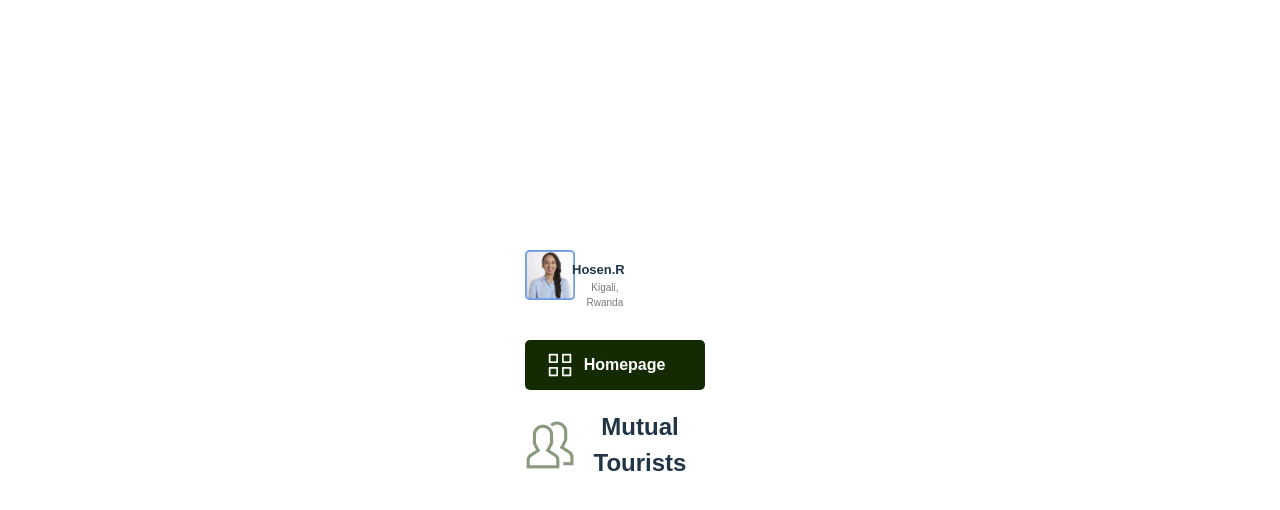
Repository: Auda-frontend/Kenshikeza
Page: /
An editor plug-in stored every save of this project. The page is shown before and after the next save, followed by the edit.
The browser window is 1280 px wide. The pictures show the whole page.
The project was rebuilt for these pictures with package versions that can differ from the ones it lists, and the page was loaded fresh each time. Also part of the build but not shown: vite.config.js.

Above is the page before, as saved 2024-01-25 09:57:21.

After the next save:
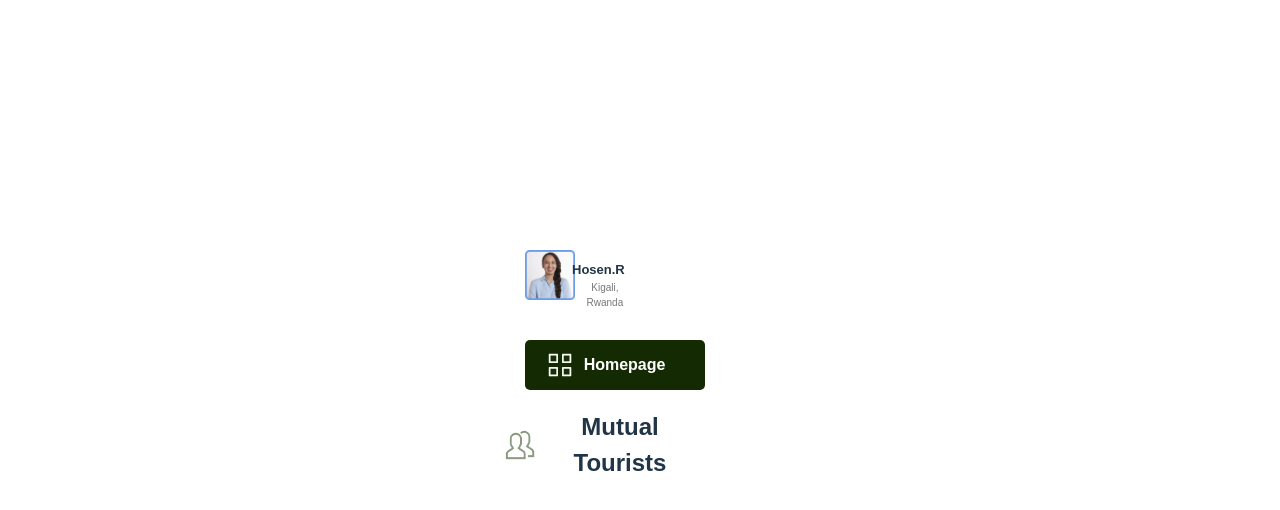
Saved 4 s later.
--- a/src/Components/SideBar.css
+++ b/src/Components/SideBar.css
@@ -70,7 +70,7 @@ align-items: center;
 border-radius: 5px;
 justify-content: space-around;
 }
-.mutual .gropu{
+.mutual .groupIcon{
     width: 30px;
     float: left;
     margin-left: -20px;
